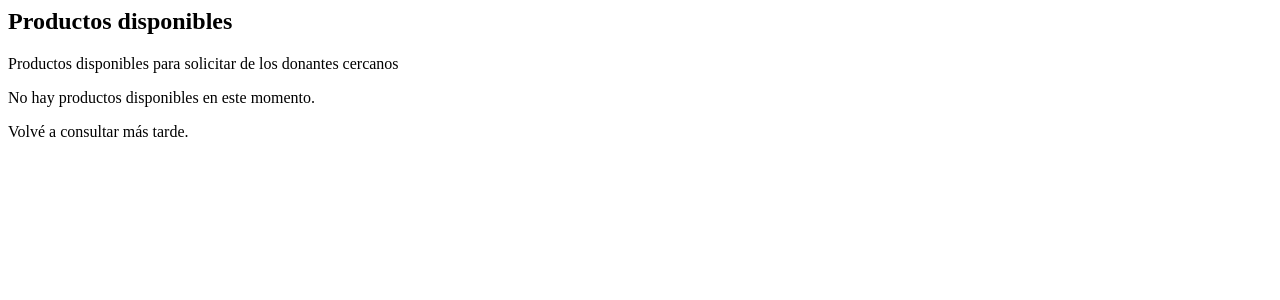
Repository: rngvalen/donapetit2.0
Page: http://localhost/app/view/products/available_products.php?controller=Solicitud&action=missolicitudes
An editor plug-in stored every save of this project. The page is shown before and after the next save, followed by the edit.
The browser window is 1280 px wide. The pictures show the whole page.
The page is run by PHP 8.4 with error messages shown; the project is at /var/www/html/.

Above is the page before, as saved 2025-11-10 19:09:25.

After the next save:
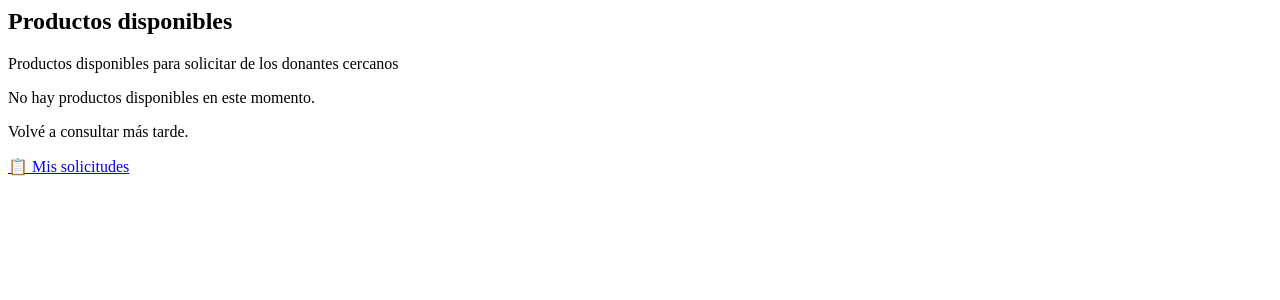
Saved 21 s later.
--- a/donapetit3-main/app/view/products/available_products.php
+++ b/donapetit3-main/app/view/products/available_products.php
@@ -1,6 +1,21 @@
 <?php
 $productos = $productos ?? [];
 $titulo = $titulo ?? 'Productos disponibles';
+
+// Agrupar productos por donante
+$porDonante = [];
+foreach ($productos as $p) {
+    $donante = $p['nombre_donante'] ?? 'Donante desconocido';
+    $idDonante = $p['id_donante'] ?? 0;
+
+    if (!isset($porDonante[$idDonante])) {
+        $porDonante[$idDonante] = [
+            'nombre' => $donante,
+            'productos' => []
+        ];
+    }
+    $porDonante[$idDonante]['productos'][] = $p;
+}
 ?>
 <section class="max-w-7xl mx-auto px-4 py-8">
 
@@ -23,6 +38,13 @@ $titulo = $titulo ?? 'Productos disponibles';
     </div>
   <?php endif; ?>
 
+  <?php if (isset($_SESSION['info'])): ?>
+    <div class="mb-6 rounded-xl border border-blue-300 bg-blue-50 text-blue-800 text-sm p-4">
+      <p class="font-semibold">ℹ️ <?= htmlspecialchars($_SESSION['info']) ?></p>
+      <?php unset($_SESSION['info']); ?>
+    </div>
+  <?php endif; ?>
+
   <?php if (empty($productos)): ?>
     <div class="text-center py-16 bg-slate-50 rounded-2xl">
       <p class="text-slate-500 text-lg">No hay productos disponibles en este momento.</p>
@@ -30,55 +52,54 @@ $titulo = $titulo ?? 'Productos disponibles';
     </div>
   <?php else: ?>
 
-    <!-- Agrupar por categoría -->
-    <?php
-    $porCategoria = [];
-    foreach ($productos as $p) {
-      $cat = $p['categoria'] ?? 'Sin categoría';
-      if (!isset($porCategoria[$cat])) {
-        $porCategoria[$cat] = [];
-      }
-      $porCategoria[$cat][] = $p;
-    }
-    ?>
+    <!-- Agrupar por donante -->
+    <?php foreach ($porDonante as $idDonante => $dataDonante): ?>
+      <div class="mb-10 bg-white rounded-3xl shadow-lg border border-slate-200 p-6">
 
-    <?php foreach ($porCategoria as $categoria => $items): ?>
-      <div class="mb-8">
-        <h2 class="text-xl font-bold text-slate-800 mb-4 pb-2 border-b-2 border-blue-500">
-          <?= htmlspecialchars($categoria) ?>
-        </h2>
+        <!-- Header del donante -->
+        <div class="flex items-center justify-between mb-6 pb-4 border-b-2 border-blue-500">
+          <div>
+            <h2 class="text-2xl font-bold text-slate-800">
+              🏪 <?= htmlspecialchars($dataDonante['nombre']) ?>
+            </h2>
+            <p class="text-sm text-slate-500 mt-1">
+              <?= count($dataDonante['productos']) ?> producto(s) disponible(s)
+            </p>
+          </div>
 
+          <!-- Botón para solicitar productos de este donante -->
+          <a href="?controller=Solicitud&action=crear&id_donante=<?= $idDonante ?>"
+             class="px-6 py-3 bg-blue-600 hover:bg-blue-700 text-white font-semibold rounded-xl transition shadow-lg">
+            📋 Crear solicitud
+          </a>
+        </div>
+
+        <!-- Grid de productos -->
         <div class="grid grid-cols-1 md:grid-cols-2 lg:grid-cols-3 gap-6">
-          <?php foreach ($items as $p): ?>
-            <div class="bg-white border border-slate-200 rounded-2xl p-6 hover:shadow-xl transition">
+          <?php foreach ($dataDonante['productos'] as $p): ?>
+            <div class="bg-slate-50 border border-slate-200 rounded-2xl p-5 hover:shadow-lg transition">
 
-              <div class="flex items-start justify-between mb-4">
-                <div>
-                  <h3 class="font-bold text-slate-900 text-lg"><?= htmlspecialchars($p['nom_producto']) ?></h3>
+              <div class="flex items-start justify-between mb-3">
+                <div class="flex-1">
+                  <h3 class="font-bold text-slate-900 text-lg">
+                    <?= htmlspecialchars($p['nom_producto']) ?>
+                  </h3>
                   <p class="text-sm text-slate-500 mt-1">
-                    🏪 <?= htmlspecialchars($p['nombre_donante']) ?>
+                    📦 <?= htmlspecialchars($p['categoria']) ?>
                   </p>
                 </div>
-                <span class="px-3 py-1 bg-green-100 text-green-800 text-xs font-semibold rounded-full">
+                <span class="px-3 py-1 bg-green-100 text-green-800 text-xs font-semibold rounded-full whitespace-nowrap ml-2">
                   Disponible
                 </span>
               </div>
 
-              <div class="space-y-2 text-sm text-slate-600 mb-4">
-                <p class="flex items-center gap-2">
-                  <span class="font-semibold text-slate-900">📦 Cantidad:</span>
-                  <span class="text-lg font-bold text-blue-600">
+              <div class="mt-4 pt-4 border-t border-slate-300">
+                <div class="flex items-center justify-between">
+                  <span class="text-sm text-slate-600 font-medium">Cantidad:</span>
+                  <span class="text-xl font-bold text-blue-600">
                     <?= $p['cantidad_disponible'] ?> <?= htmlspecialchars($p['unidad']) ?>
                   </span>
-                </p>
-              </div>
-
-              <div class="pt-4 border-t border-slate-200">
-                <button
-                  onclick="solicitarProducto('<?= htmlspecialchars($p['nom_producto']) ?>', '<?= htmlspecialchars($p['nombre_donante']) ?>')"
-                  class="w-full px-4 py-2 bg-blue-600 hover:bg-blue-700 text-white font-medium rounded-lg transition text-sm">
-                  Solicitar producto
-                </button>
+                </div>
               </div>
 
             </div>
@@ -89,11 +110,12 @@ $titulo = $titulo ?? 'Productos disponibles';
 
   <?php endif; ?>
 
+  <!-- Botón flotante para ver mis solicitudes -->
+  <div class="fixed bottom-8 right-8">
+    <a href="?controller=Solicitud&action=misSolicitudes"
+       class="flex items-center gap-2 px-6 py-3 bg-indigo-600 hover:bg-indigo-700 text-white font-semibold rounded-full shadow-2xl transition">
+      📋 Mis solicitudes
+    </a>
+  </div>
+
 </section>
-
-<script>
-function solicitarProducto(producto, donante) {
-  alert('Funcionalidad en desarrollo:\nProducto: ' + producto + '\nDonante: ' + donante);
-  // TODO: Implementar sistema de solicitudes
-}
-</script>
